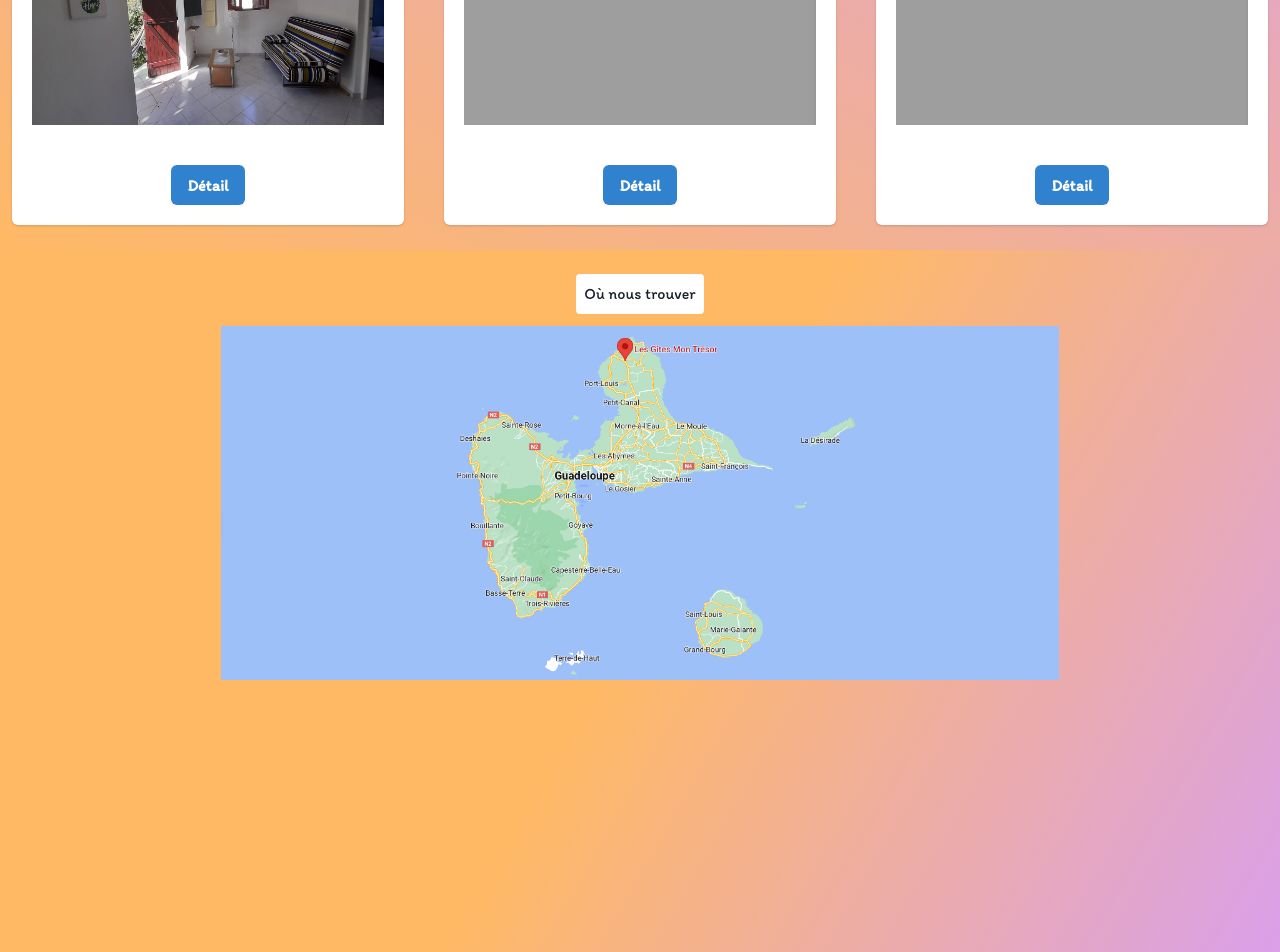
Repository: All-Khwarizmi/gites-v2
Page: /
These files come from the project's save history. The page is drawn as it stood at one moment and after a run of saves; the edit follows.
The browser window is 1280 px wide. The pictures show the part of the page from y = 1190 to 2142 px (the page is 2160 px tall).
Pictures or frames that could not be fetched are drawn as grey boxes. The project was rebuilt for these pictures with package versions that can differ from the ones it lists, and the page was loaded fresh each time. The framework's server and built-in components were replaced by stand-ins that run in the browser. Also part of the build but not shown: next.config.js, next.config.mjs.

Above is the page before, as saved 2023-02-03 19:18:38.

After the next 2 saves:
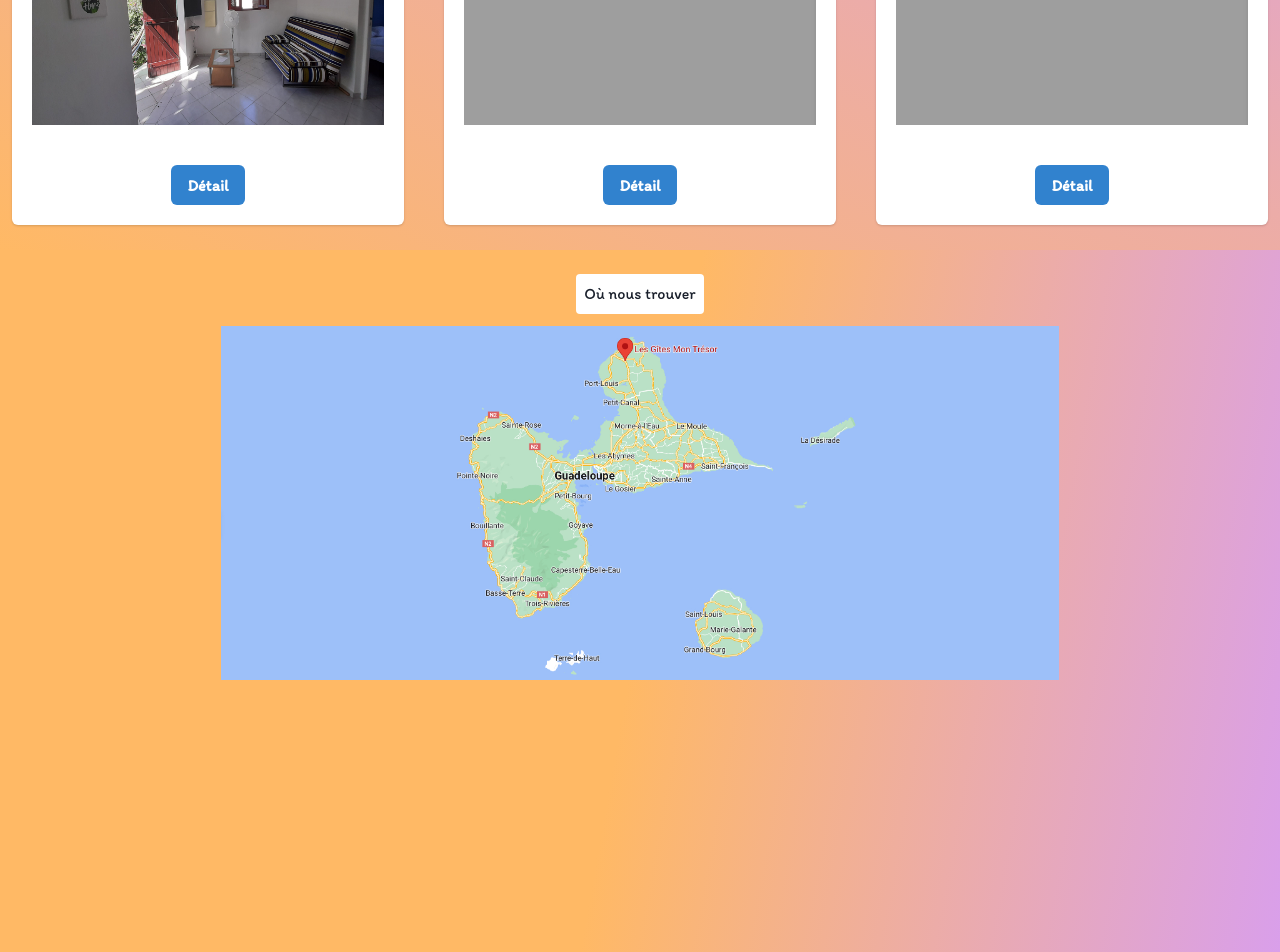
The 2 saves are shown as one change because they came seconds apart.
The last was saved 14 s later.
--- a/src/styles/globals.css
+++ b/src/styles/globals.css
@@ -43,7 +43,7 @@ body {
 }
 .section-2 {
   background-image: linear-gradient(
-    300deg,
+    280deg,
    var(--colorTwo) 0%,
     var(--colorOne) 50%
   );
